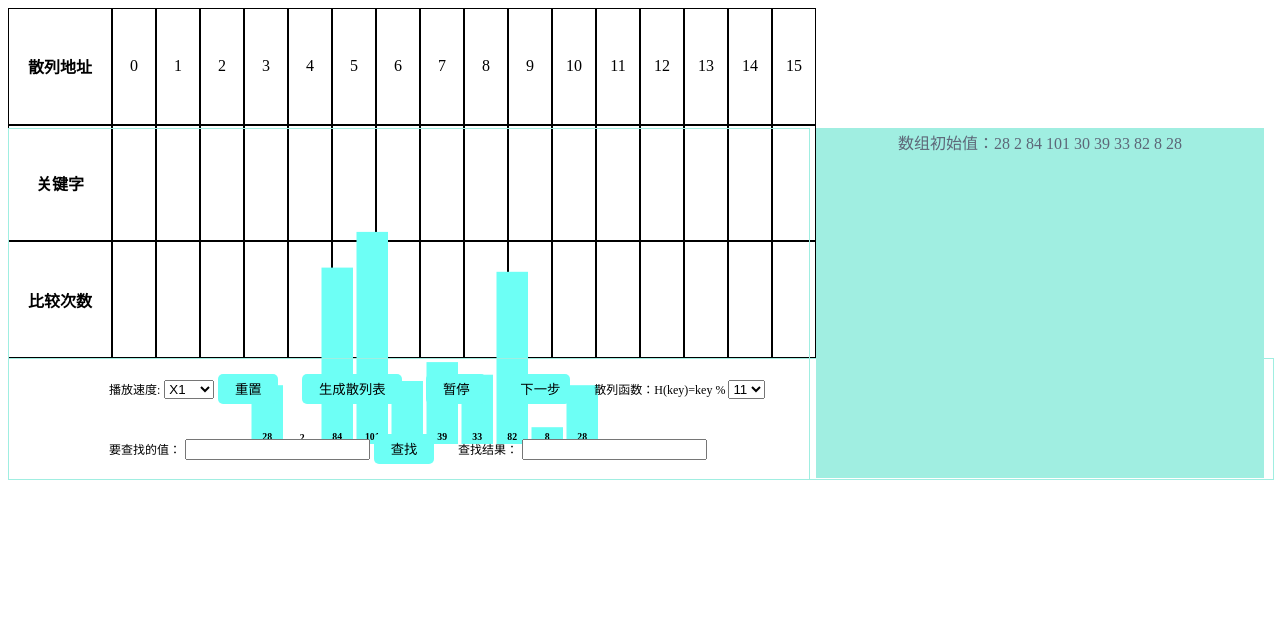
Repository: aaa615/Visualization-of-data-structure-algorithms
Page: dataStructure/WebContent/animation/search/hashSearch/hashSearch.html
The author's editor kept a copy of each file at every save. The page is drawn from the files as they stood at one save, then again after the next save.
The browser window is 1280 px wide. The pictures show the whole page.

Above is the page before, as saved 2021-05-20 04:24:33.

After the next save:
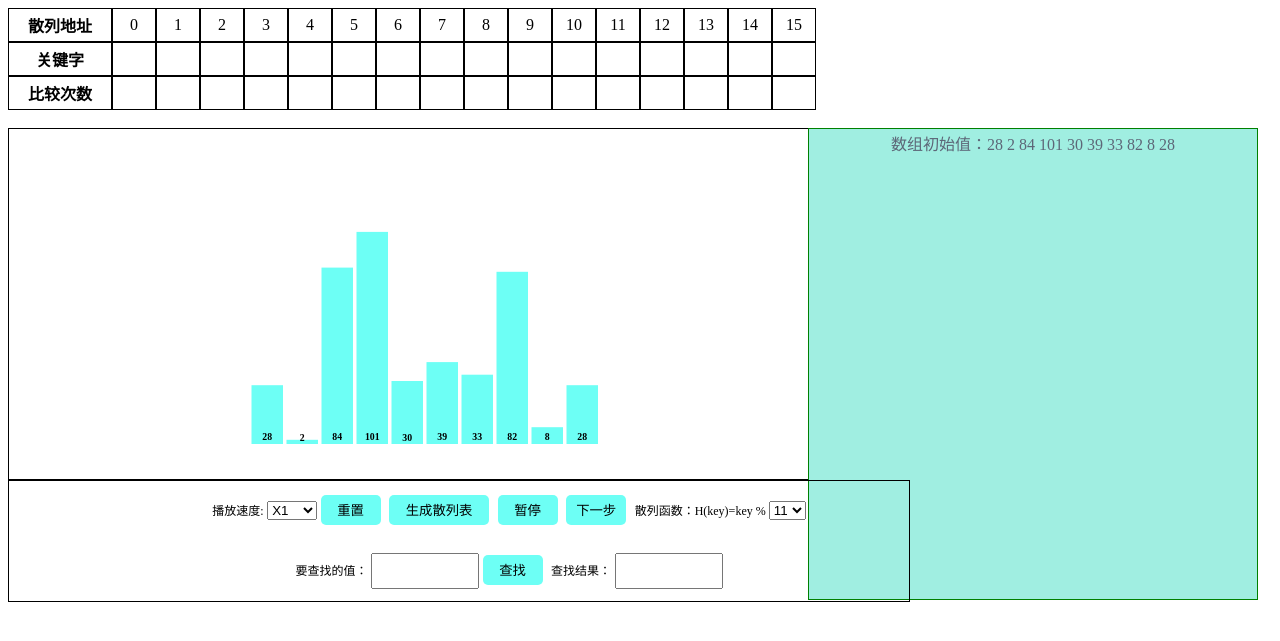
Saved 4 min 7 s later.
--- a/dataStructure/WebContent/animation/search/hashSearch/hashSearch.css
+++ b/dataStructure/WebContent/animation/search/hashSearch/hashSearch.css
@@ -1,4 +1,10 @@
-@charset "UTF-8";
+#canvas_div{
+    position: relative;
+    display: flex;
+    display:-webkit-flex;
+    justify-content: left;
+}
+
 .hash_table{
     display: inline-block;
     height: 100px;
@@ -15,16 +21,50 @@ td{
     top: 120px;
     width: 800px;
     height: 350px;
+    border: 1px black solid;
+    font: bold 14px "Microsoft YaHei UI";
+    text-align: center;
+    text-anchor: middle;
 }
 
 .express_window{
+    position: absolute;
+    left: 800px;
     top: 120px;
     width: calc(100% - 800px - 1rem);
-    height: 350px;
+    height: 470px;
+    border: 1px green solid;
+    font: 22px "Microsoft YaHei UI";
+    color: #5d6778;
+    line-height: 44px;
 }
 
 #player_div{
-	position: absolute;
-	top:480;
+    position: absolute;
+    top: 480px;
+    width: 800px;
     height: 120px;
+    border: 1px black solid;
+    text-align: center;
+    font: 14px "Microsoft YaHei UI";
+    line-height: 60px;
+
 }
+
+.player_input{
+    width: 60px;
+    height: 30px;
+    color: black;
+    margin-right: 5px;
+    background-color: #6dfff5;
+}
+
+#player_div label{
+    font: 12px "Microsoft YaHei UI";
+}
+
+.player_text{
+    width: 100px;
+    height: 30px;
+    /*border: 1px green solid;*/
+}
